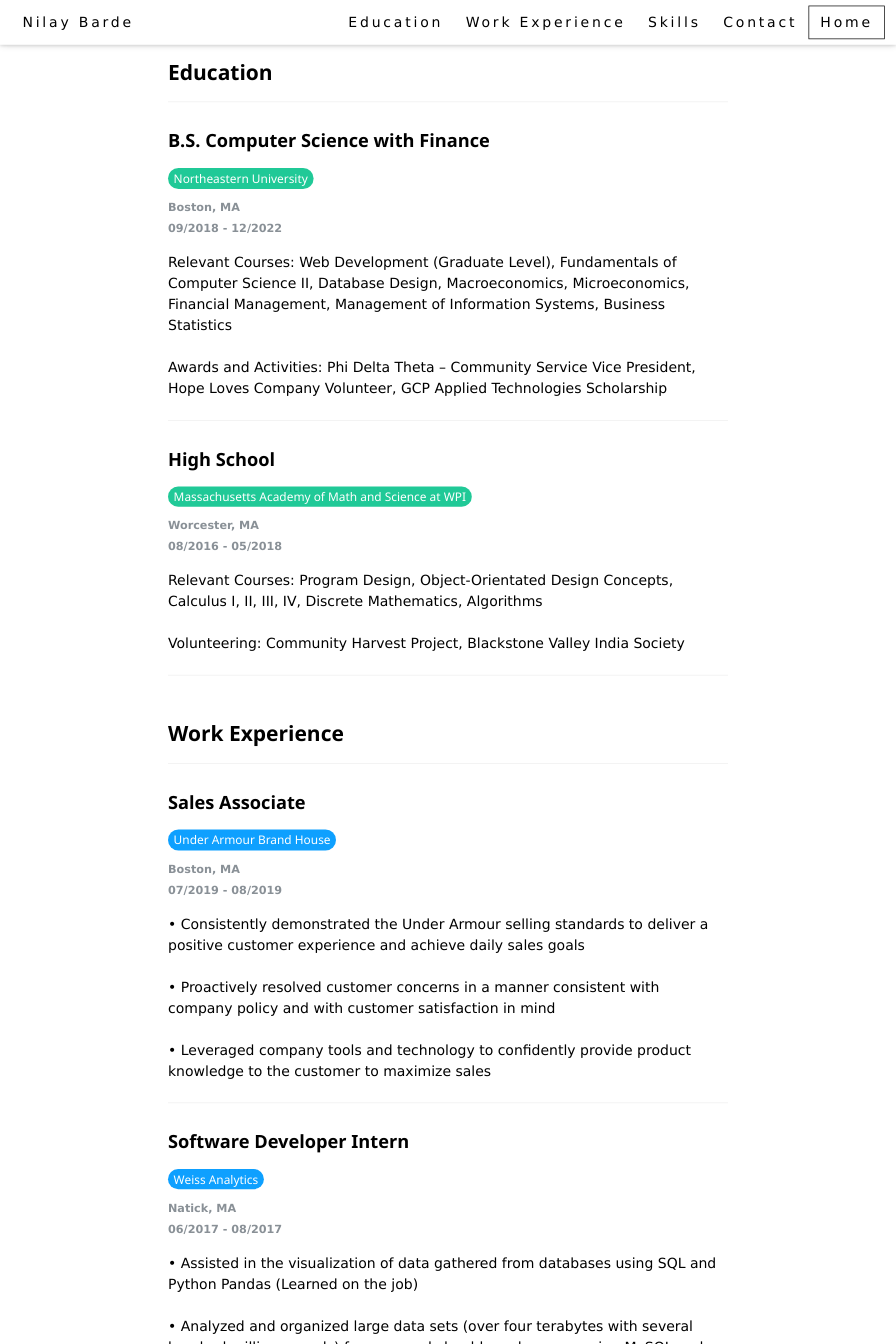
Repository: NilayBarde/Personal-Website
Page: cv.html
The author's editor kept a copy of each file at every save. The page is drawn from the files as they stood at one save, then again after the next save.
The browser window is 1280 px wide. The pictures show the part of the page from y = 0 to 1920 px (the page is 2844 px tall), at 70% of full size.
Some web libraries are served in a nearby version.

Above is the page before, as saved 2019-09-26 14:17:00.

After the next save:
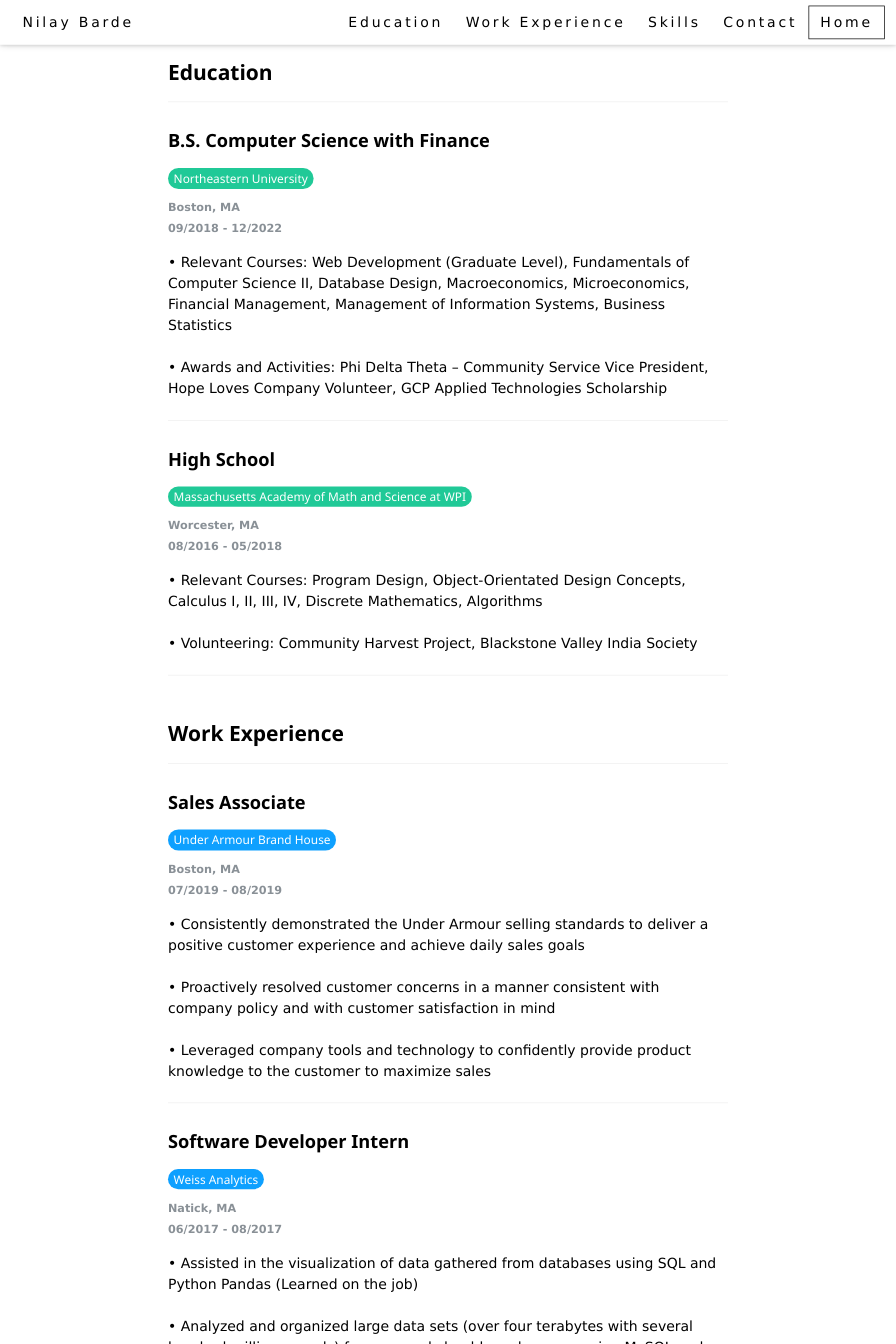
Saved 54 s later.
--- a/cv.html
+++ b/cv.html
@@ -58,8 +58,8 @@
                             <time class="period">Boston, MA<br>09/2018 - 12/2022</time>
                         </div>
                     </div>
-                    <p class="text-muted">Relevant Courses: Web Development (Graduate Level), Fundamentals of Computer Science II, Database Design, Macroeconomics, Microeconomics, Financial Management, Management of Information Systems, Business Statistics
-                        <br><br> Awards and Activities: Phi Delta Theta – Community Service Vice President, Hope Loves Company Volunteer, GCP Applied Technologies Scholarship
+                    <p class="text-muted">• Relevant Courses: Web Development (Graduate Level), Fundamentals of Computer Science II, Database Design, Macroeconomics, Microeconomics, Financial Management, Management of Information Systems, Business Statistics
+                        <br><br>• Awards and Activities: Phi Delta Theta – Community Service Vice President, Hope Loves Company Volunteer, GCP Applied Technologies Scholarship
                     </p>
                 </div>
                 <div class="item">
@@ -72,8 +72,8 @@
                             <time class="period">Worcester, MA<br>08/2016 - 05/2018</time>
                         </div>
                     </div>
-                    <p class="text-muted">Relevant Courses: Program Design, Object-Orientated Design Concepts, Calculus I, II, III, IV, Discrete Mathematics, Algorithms
-                        <br><br> Volunteering: Community Harvest Project, Blackstone Valley India Society
+                    <p class="text-muted">• Relevant Courses: Program Design, Object-Orientated Design Concepts, Calculus I, II, III, IV, Discrete Mathematics, Algorithms
+                        <br><br>• Volunteering: Community Harvest Project, Blackstone Valley India Society
                     </p>
                 </div>
             </div>
